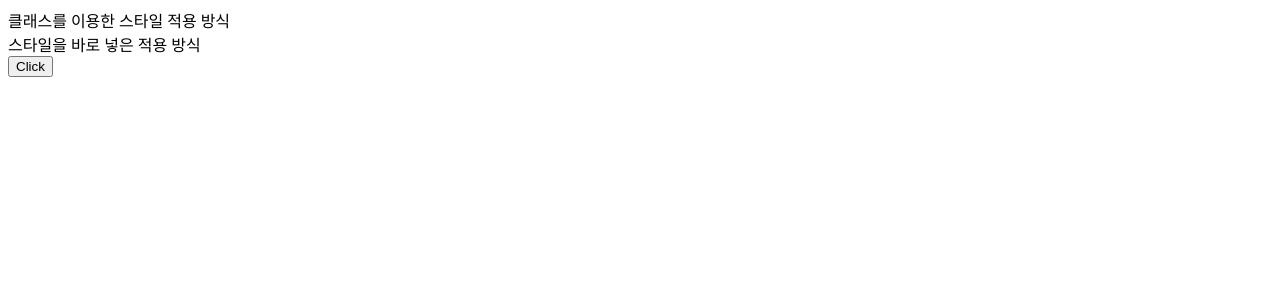
Repository: RyuGeunHwan/code_J
Page: Vuejs/22-08-10 vuejs 클래스 & 스타일바인딩.html
An editor plug-in stored every save of this project. The page is shown before and after the next save, followed by the edit.
The browser window is 1280 px wide. The pictures show the whole page.

Above is the page before, as saved 2022-08-10 08:37:29.

After the next save:
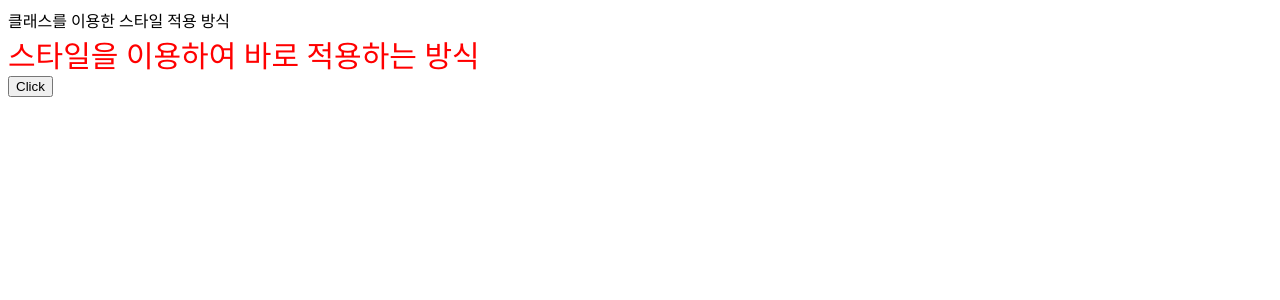
Saved 84 s later.
--- a/Vuejs/22-08-10 vuejs 클래스 & 스타일바인딩.html
+++ b/Vuejs/22-08-10 vuejs 클래스 & 스타일바인딩.html
@@ -19,7 +19,7 @@
 <body>
     <div id="app">
         <div :class="{ red: isRed, 'font-bold': isBold}">클래스를 이용한 스타일 적용 방식</div>
-        <div :class="{ red: isRed, 'font-bold': isBold}">스타일을 바로 넣은 적용 방식</div>
+        <div :style="{ color: red, fontSize: size}">스타일을 이용하여 바로 적용하는 방식</div>
         <button @click="update()">Click</button>
     </div>
     <script>
@@ -27,7 +27,9 @@
             el: '#app',
             data:{
                 isRed: false,
-                isBold: false
+                isBold: false,
+                red: 'red',
+                size: '30px'
             },
             methods:{
                 update(){
